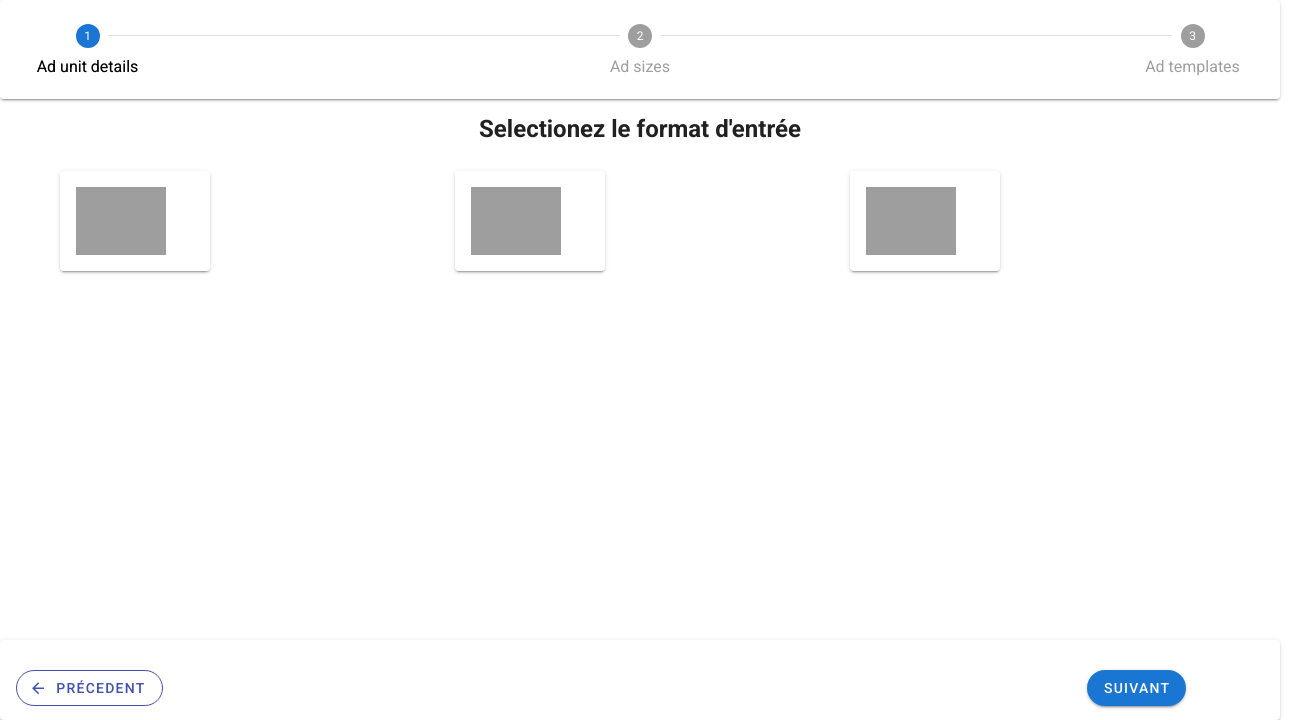
Repository: SidneyHodieb/myc
Page: /addsource/format
These files come from the project's save history. The page is drawn as it stood at one moment and after the next save; the edit follows.
The browser window is 1280 px wide. The page is 1292 px wide, so the pictures cover 1292 px, including what lies to the right of the window. The pictures show the whole page.
Pictures or frames that could not be fetched are drawn as grey boxes. The project was rebuilt for these pictures with package versions that can differ from the ones it lists, and the page was loaded fresh each time. Also part of the build but not shown: vue.config.js, src/views/Home.vue, src/views/addSource/components/card.vue, src/views/addSource/components/trigger.vue.

Above is the page before, as saved 2021-04-03 20:40:11.

After the next save:
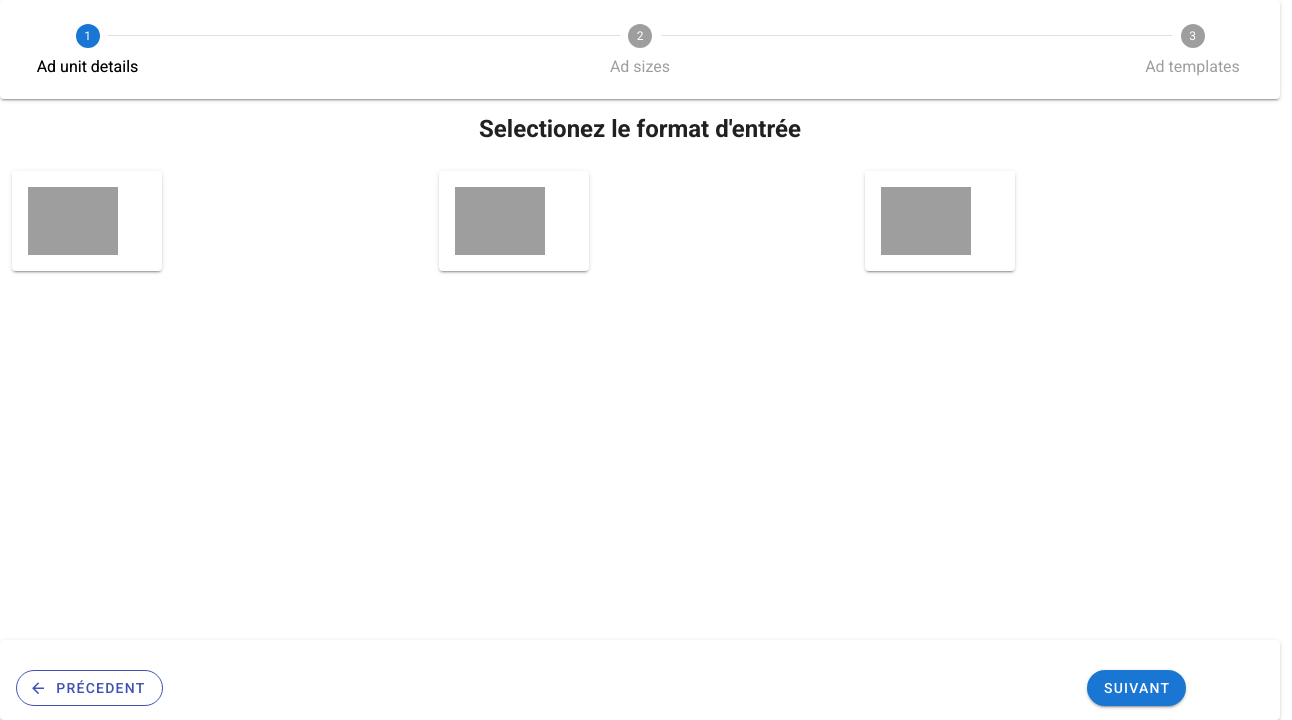
Saved 16 h 22 min later.
--- a/src/views/addSource/components/format.vue
+++ b/src/views/addSource/components/format.vue
@@ -1,5 +1,5 @@
 <template>
-  <v-container grid-list-md>
+  <v-container fluid grid-list-md>
     <v-row>
       <v-col md="12" sm="12" class="text-center">
         <h2>Selectionez le format d'entrée</h2>
